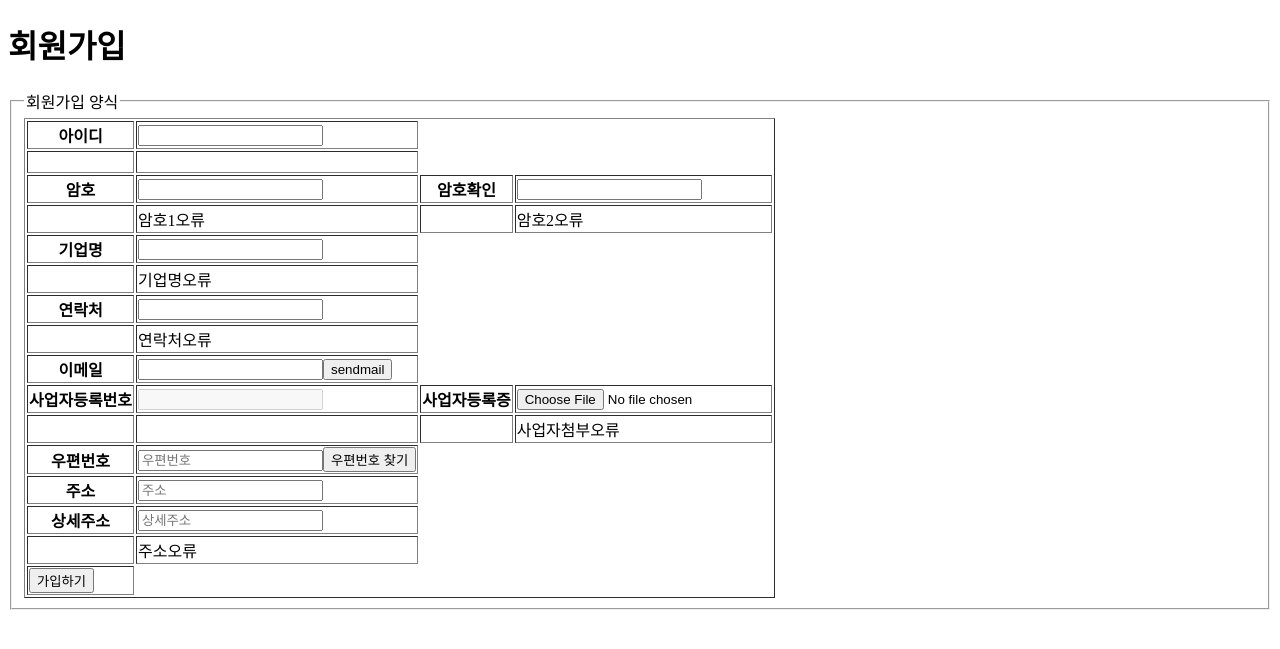
Repository: jsung95/MY_JEE_BAK
Page: http://localhost/notice_test/WEB-INF/views/register/register.jsp
These files come from the project's save history. The page is drawn as it stood at one moment and after the next save; the edit follows.
The browser window is 1280 px wide. The pictures show the whole page.
The page is served by Tomcat 9. Nobody is signed in. The template is opened directly, without the code that normally fills it, so the values that code supplies are empty.

Above is the page before, as saved 2021-08-22 03:14:36.

After the next save:
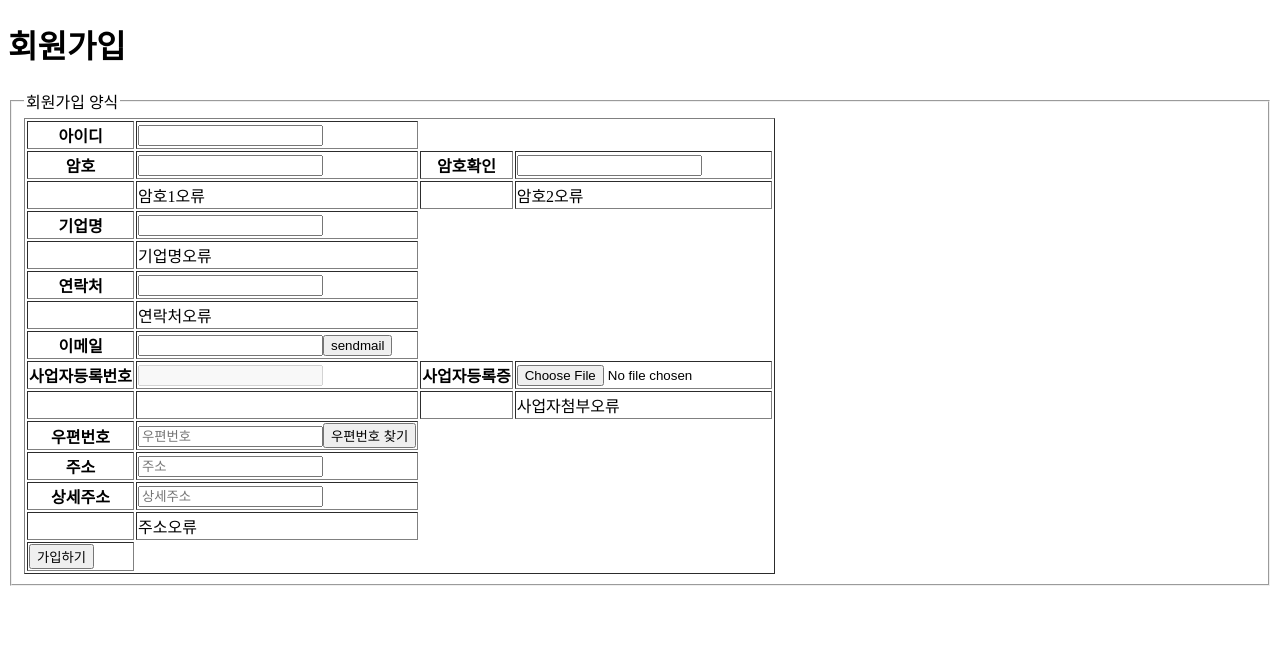
Saved 12 s later.
--- a/notice_test/src/main/webapp/WEB-INF/views/register/register.jsp
+++ b/notice_test/src/main/webapp/WEB-INF/views/register/register.jsp
@@ -203,6 +203,7 @@
         //     }//if-else
         // });//id_error
 
+        $('.id_error').css('display','none');
         $('#memberid').keyup(function(){
             if($('#memberid').val().length < 6 || $('#memberid').val().length > 12) {
             	$('#id_error').css('color','red');
